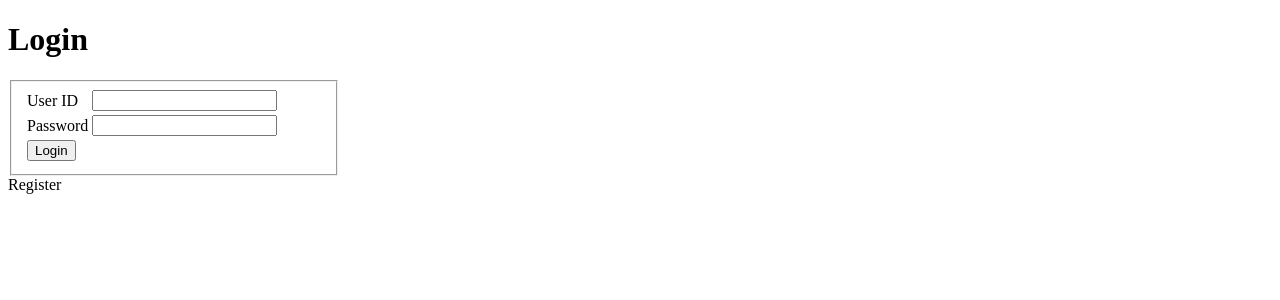
Repository: TeodorZlatev/Homework
Page: http://localhost/Web/
The author's editor kept a copy of each file at every save. The page is drawn from the files as they stood at one save, then again after the next save.
The browser window is 1280 px wide. The pictures show the whole page.
The page is served by Tomcat 9. Other server files are loaded and not shown.

Above is the page before, as saved 2016-04-22 23:11:08.

### HomeworkWeb/Web/WebContent/index.jsp
<%@ page language="java" contentType="text/html; charset=ISO-8859-1"
	pageEncoding="ISO-8859-1"%>
<!DOCTYPE html PUBLIC "-//W3C//DTD HTML 4.01 Transitional//EN" "http://www.w3.org/TR/html4/loose.dtd">
<html>
<meta http-equiv="content-type"
	content="text/html; charset=windows-1251" />
	<title>Forum</title>
<body>
	<p>
	<h1>Login</h1>
	</p>
	 <form action="Login" method="post">
        <fieldset style="width: 300px">
            <table>
                <tr>
                    <td>User ID</td>
                    <td><input type="text" name="username"  /></td>
                </tr>
                <tr>
                    <td>Password</td>
                    <td><input type="password" name="userpass" /></td>
                </tr>
                <tr>
                    <td><input type="submit" value="Login" /></td>
                </tr>
            </table>
        </fieldset>
        <a ref="Register">Register</a>
    </form>
</body>
</html>

After the next save:
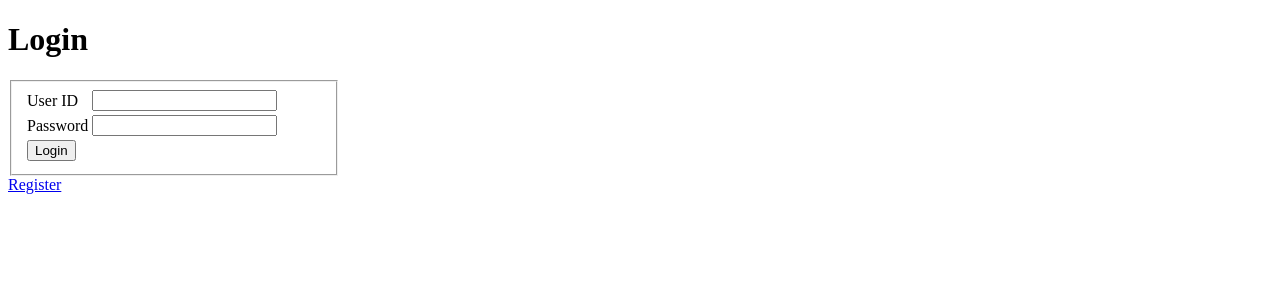
Saved 46 s later.
--- a/HomeworkWeb/Web/WebContent/index.jsp
+++ b/HomeworkWeb/Web/WebContent/index.jsp
@@ -25,7 +25,7 @@
                 </tr>
             </table>
         </fieldset>
-        <a ref="Register">Register</a>
+        <a href="Register">Register</a>
     </form>
 </body>
 </html>
